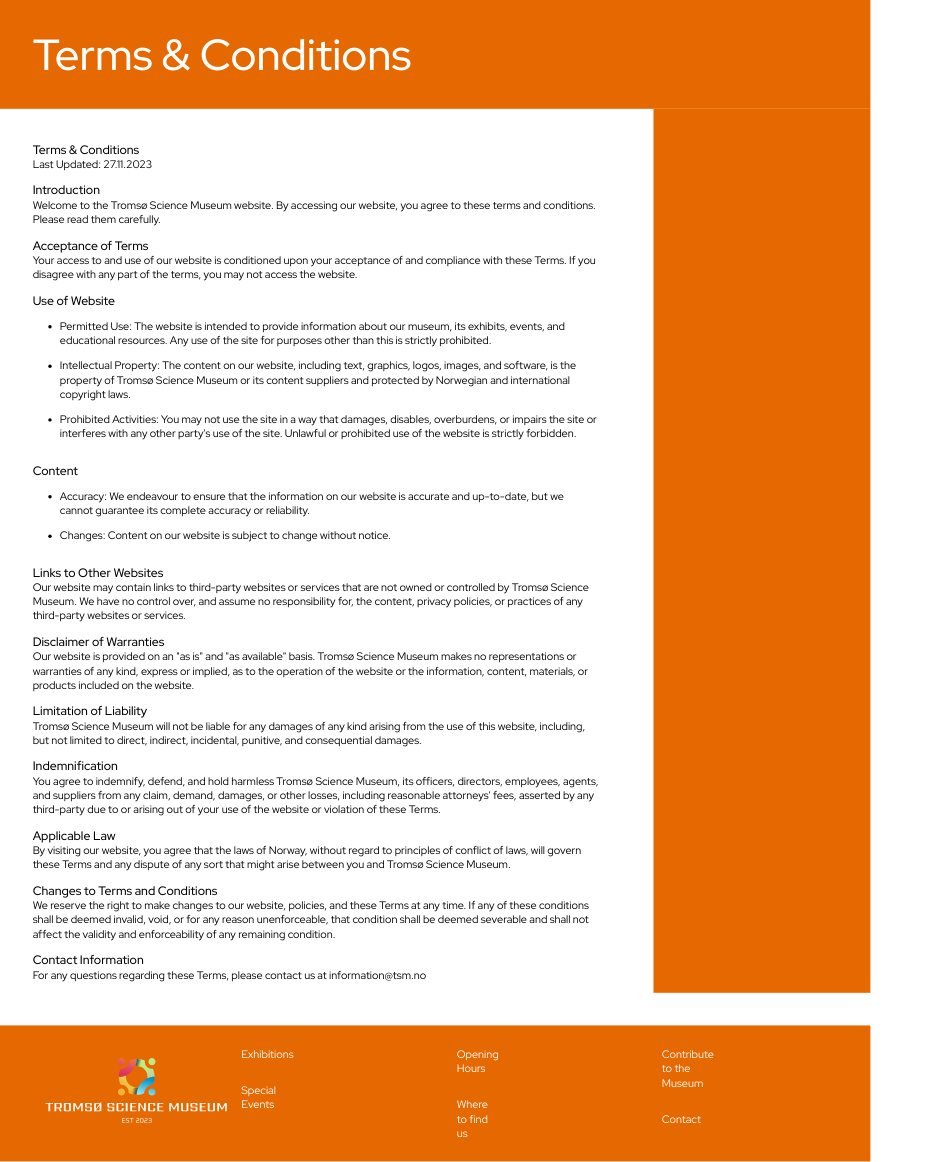
Repository: benjaminskarding/Semester-Project
Page: terms_conditions.html
An editor plug-in stored every save of this project. The page is shown before and after the next save, followed by the edit.
The browser window is 1280 px wide. The page is 1367 px wide, so the pictures cover 1367 px, including what lies to the right of the window. The pictures show the whole page, at 68% of full size.

Above is the page before, as saved 2023-11-29 15:57:16.

After the next save:
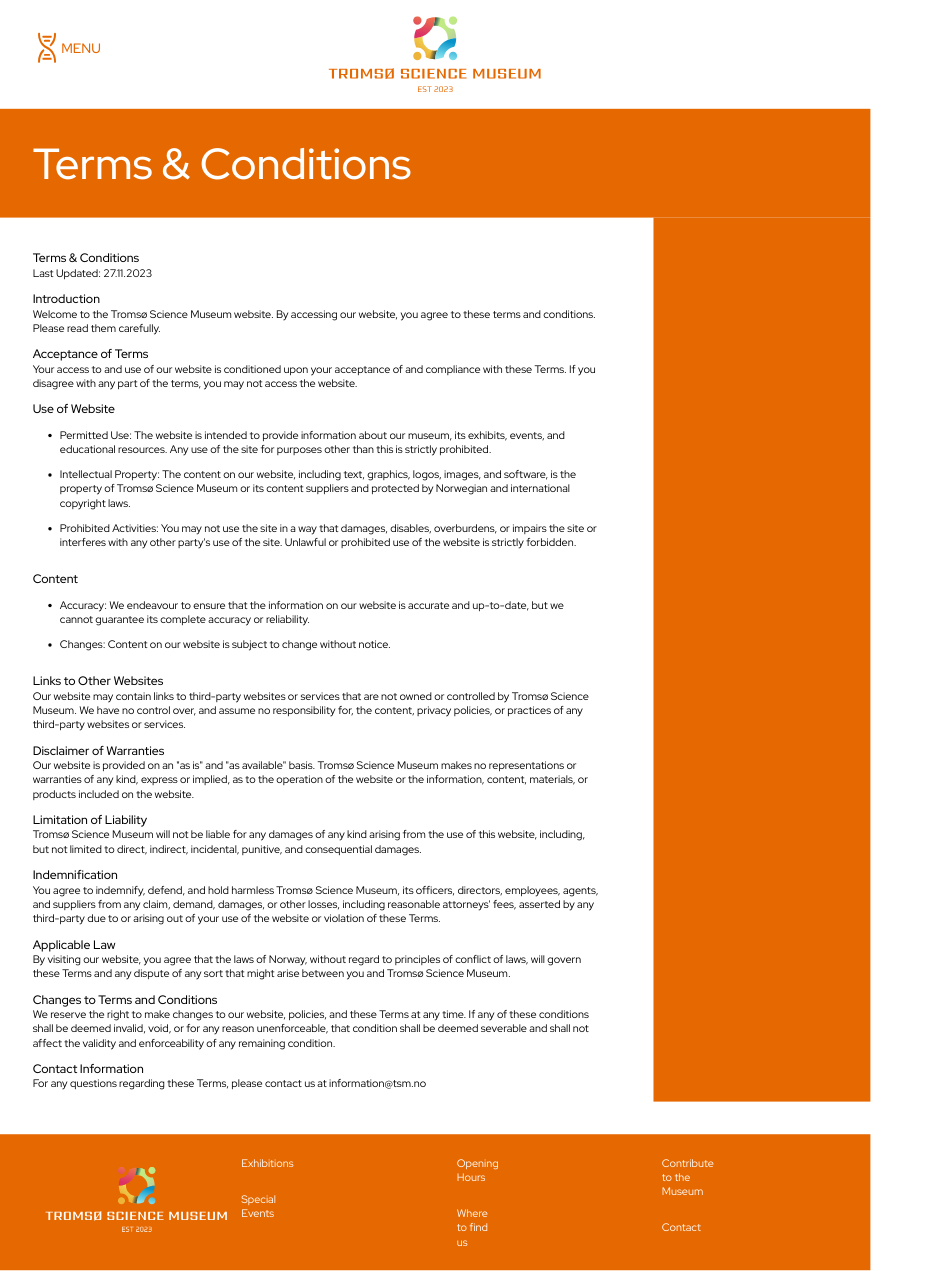
Saved 103 s later.
--- a/terms_conditions.html
+++ b/terms_conditions.html
@@ -10,8 +10,20 @@
     <title>Terms & Conditions</title>
 </head>
 <body>
-    <header>
-        <div class="headerplaceholder">
+    <header class="header-collection">
+        <div class="header-wrapper">
+            <nav class="header-main-nav">
+                <div class="header-nav-left">
+                    <a href="#menuOverlay" aria-label="Open Menu">
+                        <img src="assets/images/icons/helixOrange.svg" class="menuIcon" alt="navigation menu icon">
+                        <span class="orange">MENU</span>
+                    </a>
+                </div>
+                <div class="header-nav-center-logo"></div>
+                    <img class="logo" src="assets/images/logo/logoOrange.svg" alt="company logo">
+                <div class="header-nav-right-placeholder">
+                </div>
+            </nav>
         </div>
     </header>
         <div class="top-bar">
